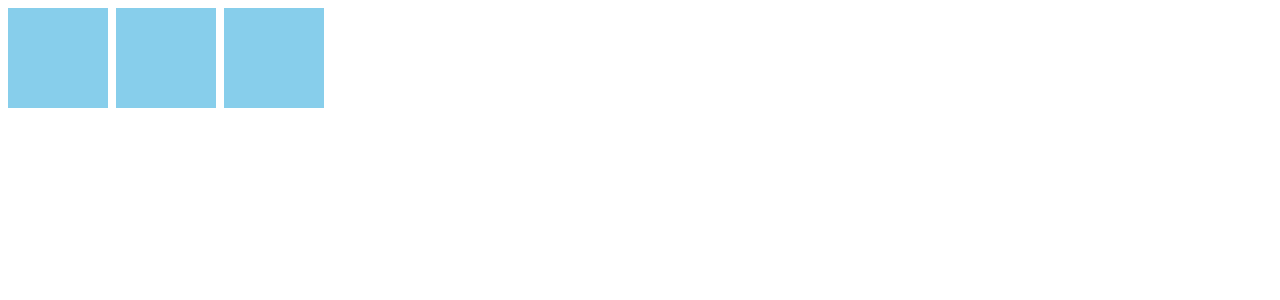
Repository: kojimayu/First-time-JavaScript
Page: index.html
An editor plug-in stored every save of this project. The page is shown before and after the next save, followed by the edit.
The browser window is 1280 px wide. The pictures show the whole page.
After loading, the first visible `#target1` was clicked once.

Above is the page before, as saved 2019-04-02 18:37:06.
Console error: ReferenceError: target is not defined

After the next save:
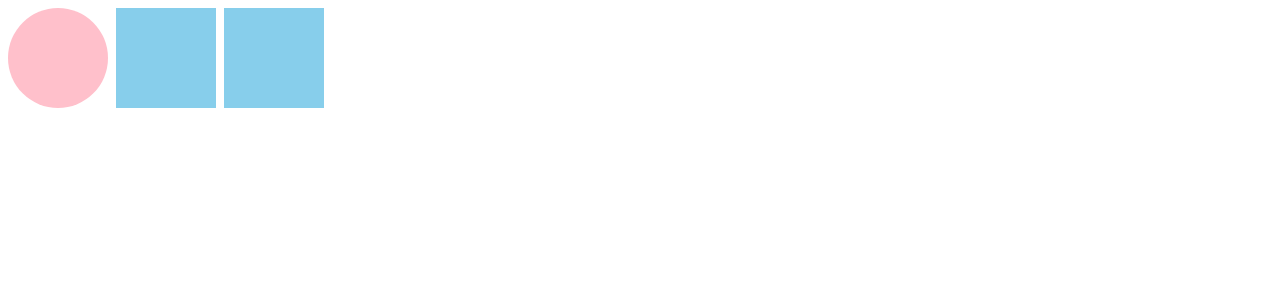
The error is gone.
Saved 87 s later.
--- a/index.html
+++ b/index.html
@@ -39,13 +39,13 @@
         const target3 = document.getElementById('target3');
 
         target1.addEventListener('click', function () {
-            target.classList.toggle('circle');
+            target1.classList.toggle('circle');
         })
         target2.addEventListener('click', function () {
-            target.classList.toggle('circle');
+            target2.classList.toggle('circle');
         })
         target3.addEventListener('click', function () {
-            target.classList.toggle('circle');
+            target3.classList.toggle('circle');
         })
     </script>
 </body>
